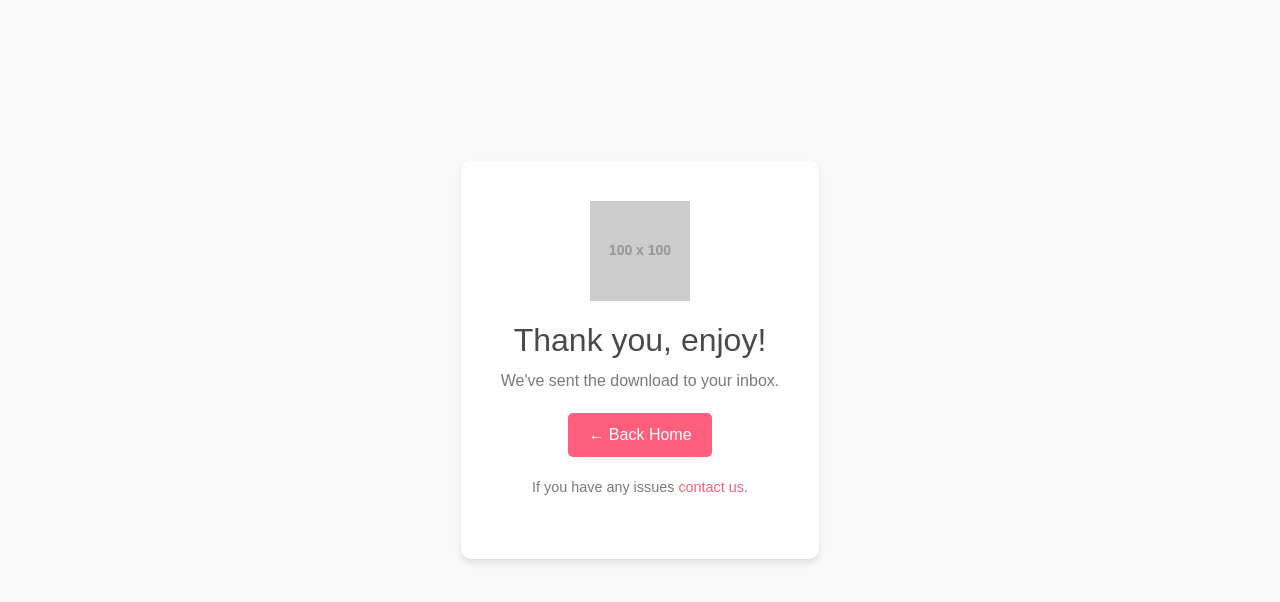
Repository: Davidobi21/macelect
Page: frontend/pages/thank-you.html
The author's editor kept a copy of each file at every save. The page is drawn from the files as they stood at one save, then again after the next save.
The browser window is 1280 px wide. The pictures show the whole page.

Above is the page before, as saved 2025-05-01 05:22:29.

After the next save:
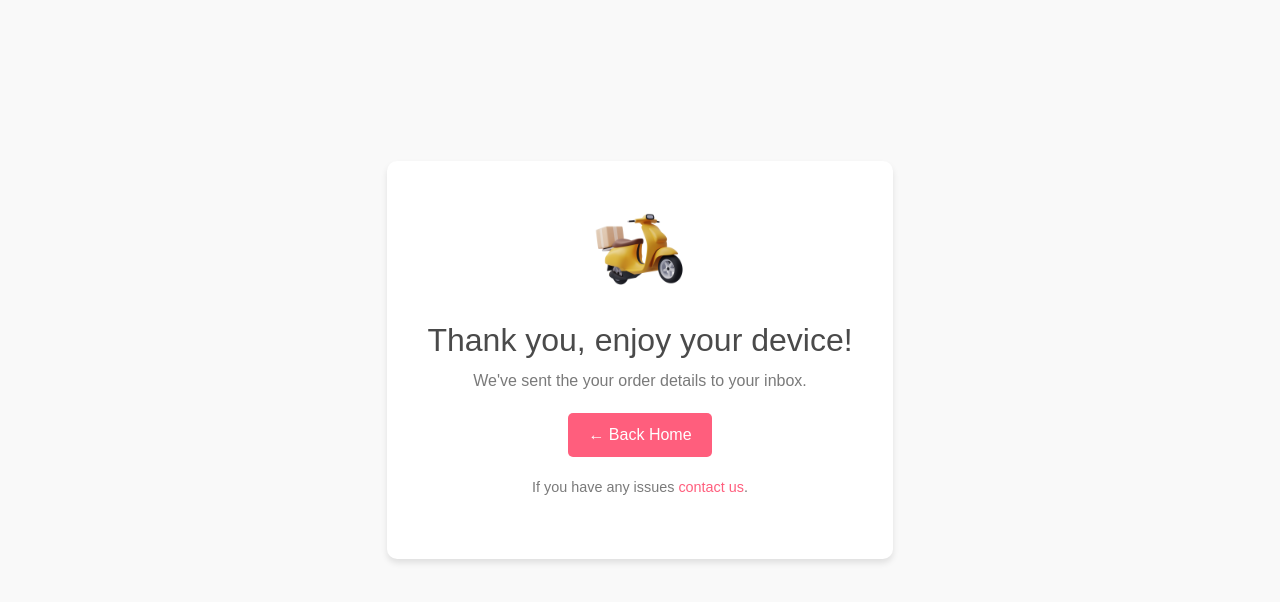
Saved 66 s later.
--- a/frontend/pages/thank-you.html
+++ b/frontend/pages/thank-you.html
@@ -63,9 +63,9 @@
 </head>
 <body>
   <div class="thank-you-container">
-    <img src="https://via.placeholder.com/100" alt="Email Icon">
-    <h1>Thank you, enjoy!</h1>
-    <p>We've sent the download to your inbox.</p>
+    <img src="../images/pngwing.com (10).png" alt="Email Icon">
+    <h1>Thank you, enjoy your device!</h1>
+    <p>We've sent the your order details to your inbox.</p>
     <a href="index.html" class="btn">← Back Home</a>
     <div class="contact">
       <p>If you have any issues <a href="contact.html">contact us</a>.</p>
